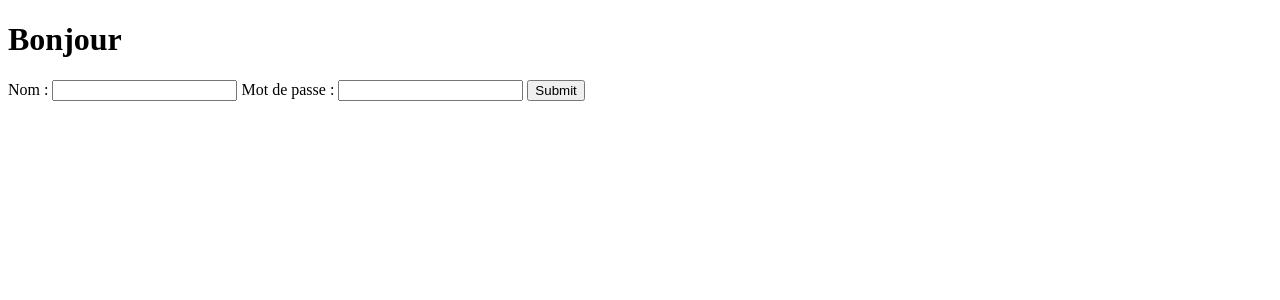
Repository: Kahefsay/javaEE
Page: http://localhost/ApsioTest/Login
The author's editor kept a copy of each file at every save. The page is drawn from the files as they stood at one save, then again after the next save.
The browser window is 1280 px wide. The pictures show the whole page.
The page is served by Tomcat 9.

Above is the page before, as saved 2018-02-02 13:58:35.

After the next save:
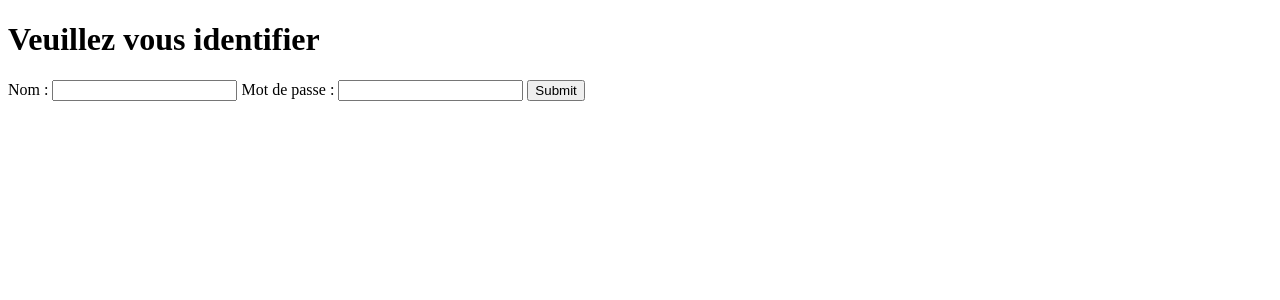
Saved 2 min 37 s later.
--- a/ApsioTest/WebContent/WEB-INF/login.jsp
+++ b/ApsioTest/WebContent/WEB-INF/login.jsp
@@ -7,7 +7,7 @@
 <body>
 
 <c:choose>
-	<c:when test="${!empty utilisateur}">
+	<c:when test="${empty utilisateur}">
 		<h1>Veuillez vous identifier</h1>
 	</c:when>
 	<c:when test="${utilisateur.etat == 'inconnu'}">
